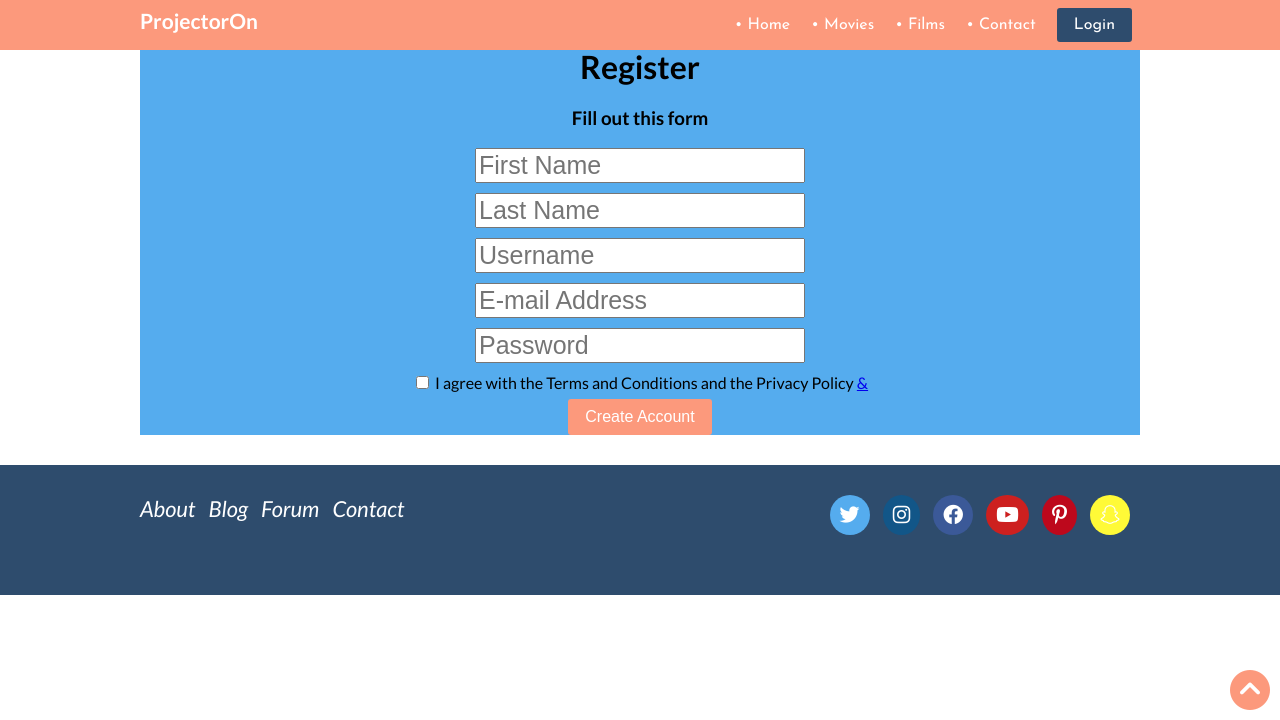
Repository: albayrakfatih/ProjectorOn_WebMovieApp
Page: register.html
The author's editor kept a copy of each file at every save. The page is drawn from the files as they stood at one save, then again after a run of saves.
The browser window is 1280 px wide. The pictures show the whole page.
Some web libraries are served in a nearby version.

Above is the page before, as saved 2023-04-30 01:48:58.

After the next 4 saves:
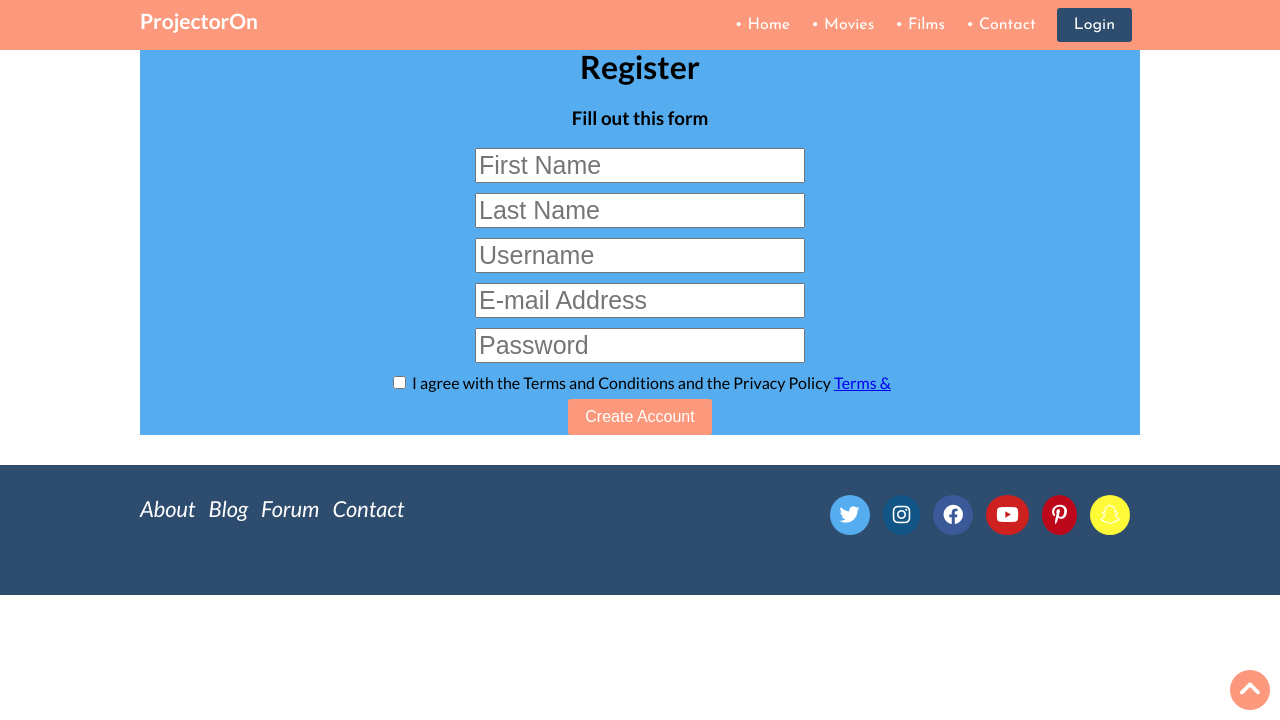
The 4 saves are shown as one change because they came seconds apart.
The last was saved 41 s later.
--- a/register.html
+++ b/register.html
@@ -54,7 +54,7 @@
                     <input type="email" id="email" placeholder="E-mail Address"><br>
                     <input type="password" id="password" placeholder="Password"><br>
                     <input type="checkbox" id="agree-terms">
-                    <label for="agree-terms">I agree with the Terms and Conditions and the Privacy Policy <a href="#">&amp;</a></label><br>
+                    <label for="agree-terms">I agree with the Terms and Conditions and the Privacy Policy <a href="#">Terms &amp; </a></label><br>
                     <button type="submit" class="btn btn-primary">Create Account</button>
                 </form>
             </div>
